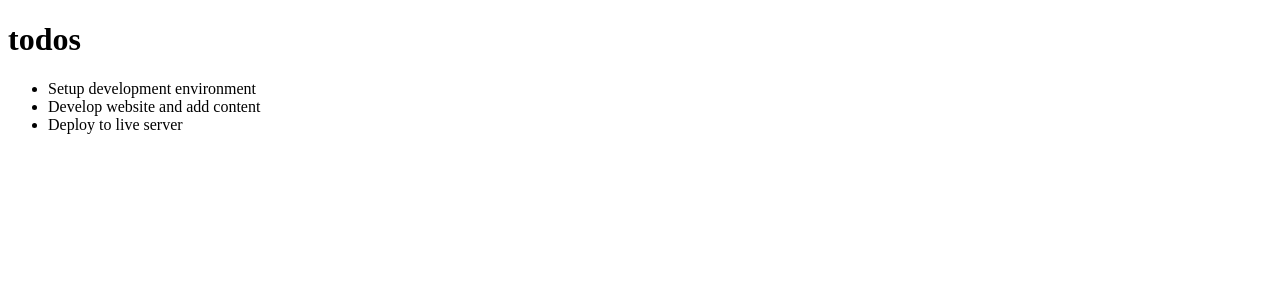
Repository: kennedyowusu/react-todo-app
Page: /
The author's editor kept a copy of each file at every save. The page is drawn from the files as they stood at one save, then again after a run of saves.
The browser window is 1280 px wide. The pictures show the whole page.
The project was rebuilt for these pictures with package versions that can differ from the ones it lists, and the page was loaded fresh each time.

Above is the page before, as saved 2023-01-16 10:55:47.

After the next 2 saves:
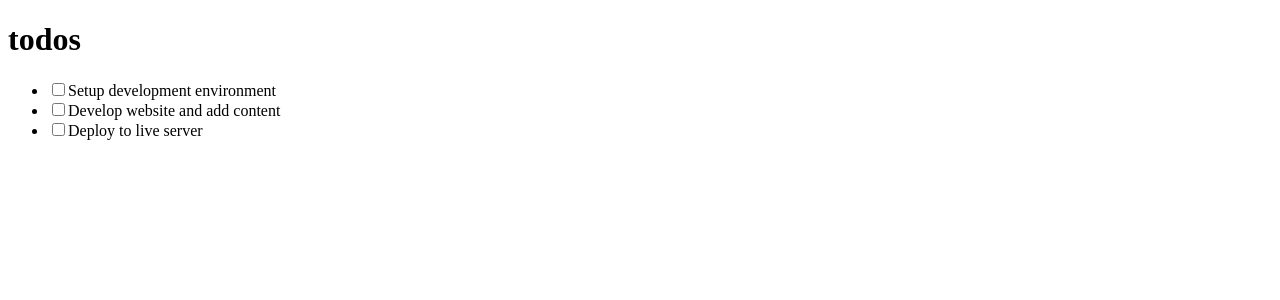
The 2 saves are shown as one change because they came seconds apart.
The last was saved 70 s later.
--- a/src/components/TodoItem.js
+++ b/src/components/TodoItem.js
@@ -2,7 +2,12 @@ import React from 'react'
 
 class TodoItem extends React.Component {
   render() {
-    return <li>{this.props.todo.title}</li>
+   return (
+     <li>
+       <input type='checkbox' />
+       {this.props.todo.title}
+     </li>
+   )
   }
 }
 
